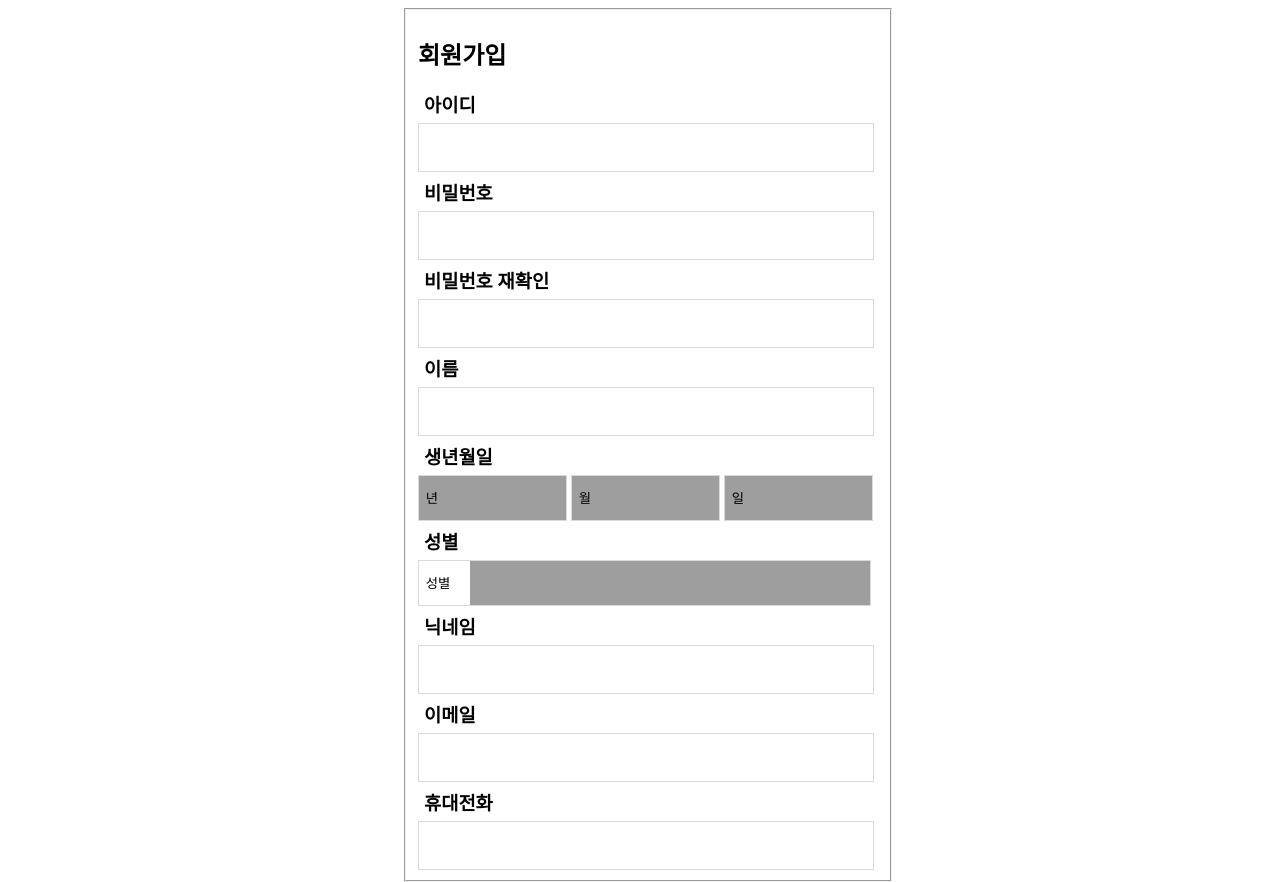
Repository: agheha/trillion
Page: YH/login/login.html
The author's editor kept a copy of each file at every save. The page is drawn from the files as they stood at one save, then again after a run of saves.
The browser window is 1280 px wide. The page is 1288 px wide, so the pictures cover 1288 px, including what lies to the right of the window. The pictures show the whole page.
Pictures or frames that could not be fetched are drawn as grey boxes.

Above is the page before, as saved 2019-09-03 18:56:29.

### YH/login/login.html
<!DOCTYPE html>
<html lang="en">
<head>
    <meta charset="UTF-8">
    <meta name="viewport" content="width=device-width, initial-scale=1.0">
    <meta http-equiv="X-UA-Compatible" content="ie=edge">
    <title>Document</title>
    <link rel="stylesheet" href="login.css">
</head>
<body>
    <form>
        <fieldset>
            <h2>회원가입</h2>
                <h3>아이디</h3>
                <div><input class="user_id" type="text" name="msg"></div>
                <h3>비밀번호</h3>
                <div><input type="password" name="pass"></div>
                <h3>비밀번호 재확인</h3>
                <div><input type="password" name="pass"></div>
                <h3>이름</h3>
                <div><input type="text" name="name"></div>
                <h3>생년월일</h3>
                <div>
                    <select id="birth_year" name="year">
                        <option value="1">서울</option>
                        <option value="2">대구</option>
                        <option value="0" selected>년</option>
                    </select>
                    <select id="birth_month" name="month">
                        <option value="1">서울</option>
                        <option value="2">대구</option>
                        <option value="0" selected>월</option>
                    </select>
                    <select id="birth_date" name="date">
                        <option value="1">서울</option>
                        <option value="2">대구</option>
                        <option value="0" selected>일</option>
                    </select>
                </div>
                <h3>성별</h3>
                <div>
                     <select id="gender" name="gender">
                        <option value="1">남자</option>
                        <option value="2">여자</option>
                        <option value="0" selected>성별</option>
                    </select>
                </div>
                <h3>닉네임</h3>
                <div><input type="password" name="nicname"></div>
                <h3>이메일</h3>
                <div></div><input type="email" name="email" required></div>
                <h3>휴대전화</h3>
                <div></div><input type="text" name="phnum"></div>
        </fieldset>
    </form>
</body>
</html>

### YH/login/login.css
body,html {
    width : 100%;
    height: 100%;
}
input{
    width: 450px;
    height: 45px;
    border: 1px solid #dadada;
    font-size: 15px;
}

#gender{
    width: 453px;
    height: 46px;
    border: 1px solid #dadada;
    padding: .8em .5em;
    font-family: inherit;
    background: #FFF url(https://static.nid.naver.com/images/join/pc/sel_arr_2x.gif) 100% 50% no-repeat;
    border-radius: 0px;
    -webkit-appearance: none;
    -moz-appearance: none;
    appearance: none;
}
#birth_year,#birth_month,#birth_date {
    width: 149px;
    height: 46px;
    border: 1px solid #dadada;
    padding: .8em .5em;
    font-family: inherit;
    background: #FFF url(https://static.nid.naver.com/images/join/pc/sel_arr_2x.gif) 100% 50% no-repeat;
    border-radius: 0px;
    -webkit-appearance: none;
    -moz-appearance: none;
    appearance: none;

}
h1 {
    text-align: center;
}
h3 {
    margin : 6px;
}
fieldset {
    width: 460px;
    margin : 0 auto;
}

After the next 2 saves:
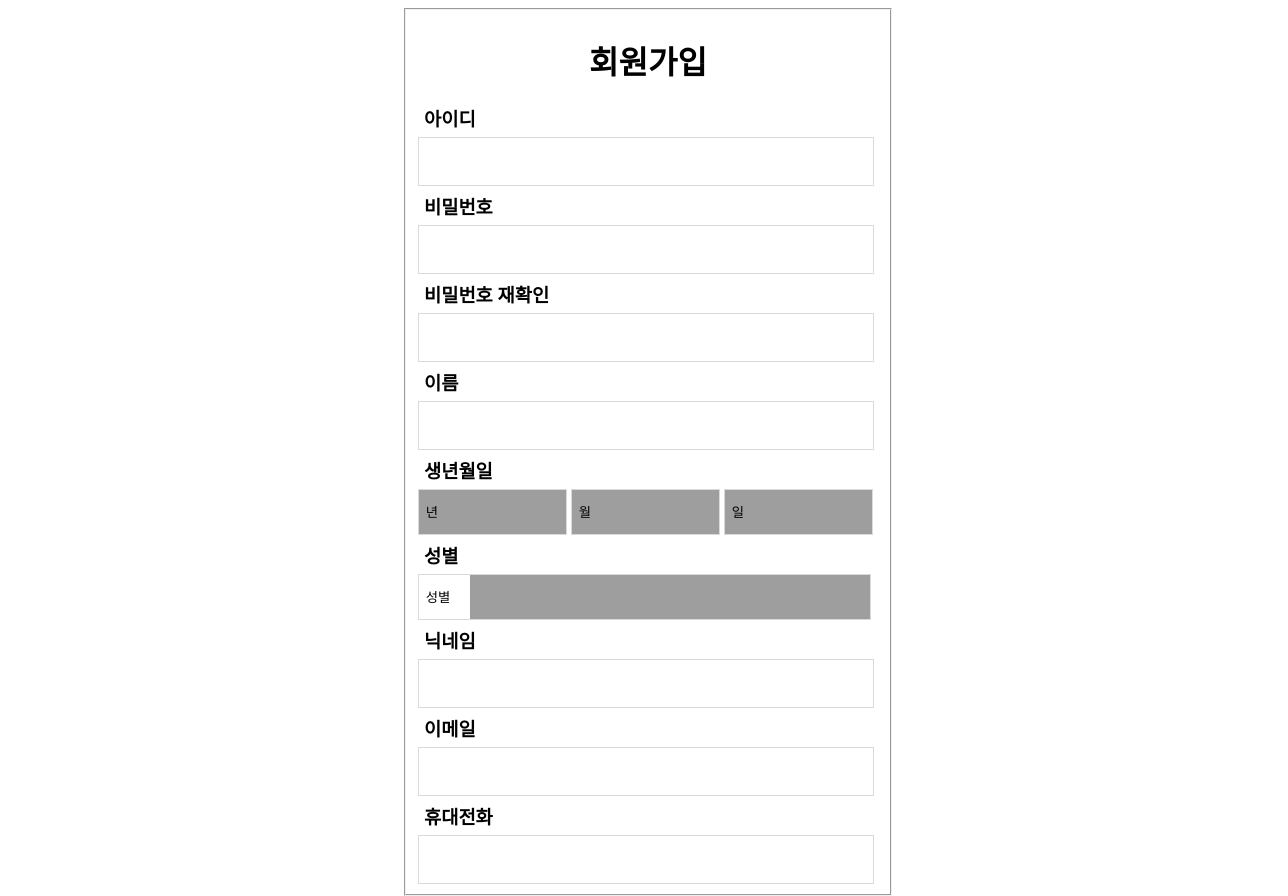
The 2 saves are shown as one change because they came seconds apart.
The last was saved 4 s later.
--- a/YH/login/login.html
+++ b/YH/login/login.html
@@ -10,7 +10,7 @@
 <body>
     <form>
         <fieldset>
-            <h2>회원가입</h2>
+            <h1>회원가입</h1>
                 <h3>아이디</h3>
                 <div><input class="user_id" type="text" name="msg"></div>
                 <h3>비밀번호</h3>
